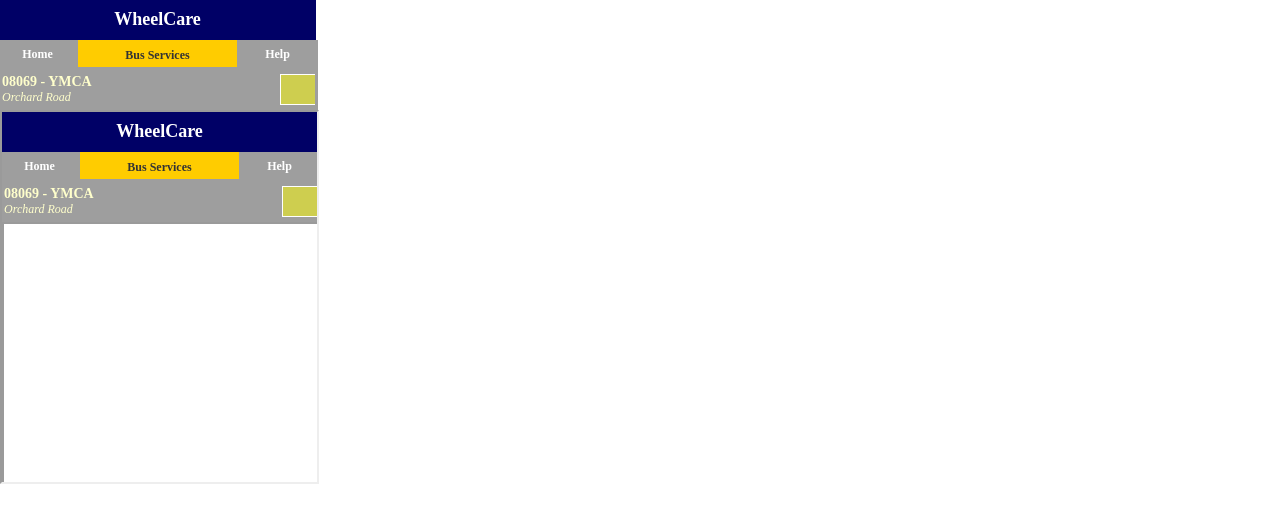
Repository: junkiatyeo/WheelCareVer2
Page: Wheelcarev2/war/Bus_ServicesB1.html
The author's editor kept a copy of each file at every save. The page is drawn from the files as they stood at one save, then again after the next save.
The browser window is 1280 px wide. The pictures show the whole page.
Pictures or frames that could not be fetched are drawn as grey boxes.

Above is the page before, as saved 2014-03-29 12:14:38.

After the next save:
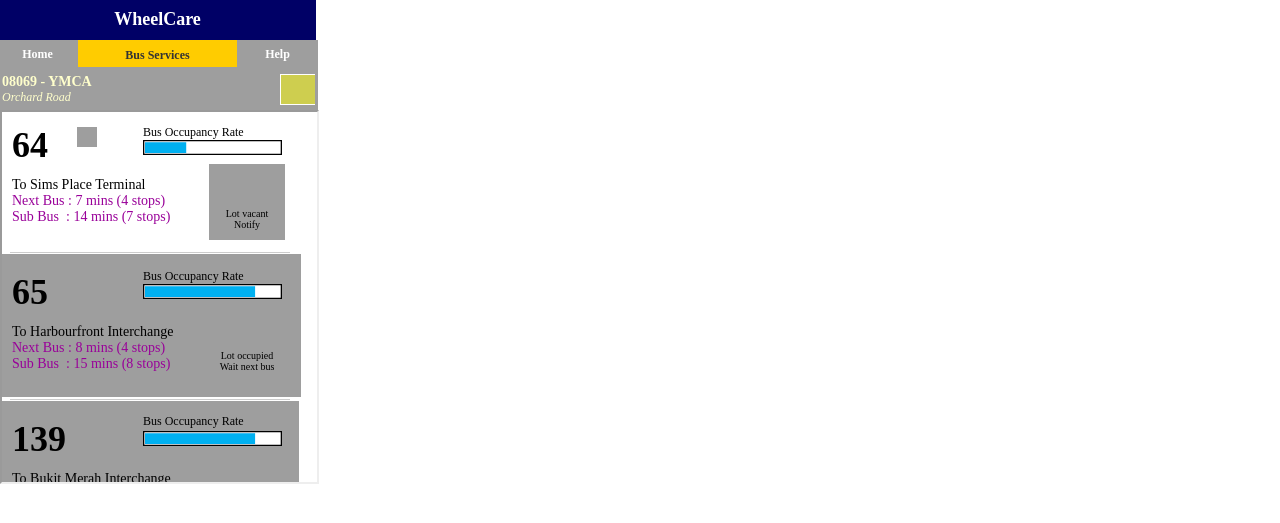
Saved 12 s later.
--- a/Wheelcarev2/war/Bus_ServicesB1.html
+++ b/Wheelcarev2/war/Bus_ServicesB1.html
@@ -40,7 +40,7 @@
 <div id="u5_rtf"><p style="text-align:left;"><span style="font-family:Axure Handwriting;font-size:14px;font-weight:bold;font-style:normal;text-decoration:none;color:#FFFFCC;">0</span><span style="font-family:Axure Handwriting;font-size:14px;font-weight:bold;font-style:normal;text-decoration:none;color:#FFFFCC;">80</span><span style="font-family:Axure Handwriting;font-size:14px;font-weight:bold;font-style:normal;text-decoration:none;color:#FFFFCC;">69</span><span style="font-family:Axure Handwriting;font-size:14px;font-weight:bold;font-style:normal;text-decoration:none;color:#FFFFCC;"> - </span><span style="font-family:Axure Handwriting;font-size:14px;font-weight:bold;font-style:normal;text-decoration:none;color:#FFFFCC;">YMCA</span></p><p style="text-align:left;"><span style="font-family:Axure Handwriting;font-size:12px;font-weight:normal;font-style:italic;text-decoration:none;color:#FFFFCC;">Orchard Road</span></p></div>
 </div>
 </div>
-<IFRAME id="u6" style="position:absolute; left:0px; top:110px; width:315px; height:370px; ; ; ;;" basesrc="#" frameborder="1" scrolling="auto" ></IFRAME>
+<IFRAME id="u6" style="position:absolute; left:0px; top:110px; width:315px; height:370px; ; ; ;;" basesrc="List_of_Bus_Services_B1.html" frameborder="1" scrolling="auto" ></IFRAME>
 
 <div id="u7" class="u7_container"   >
 <div id="u7_img" class="u7_normal detectCanvas"></div>
